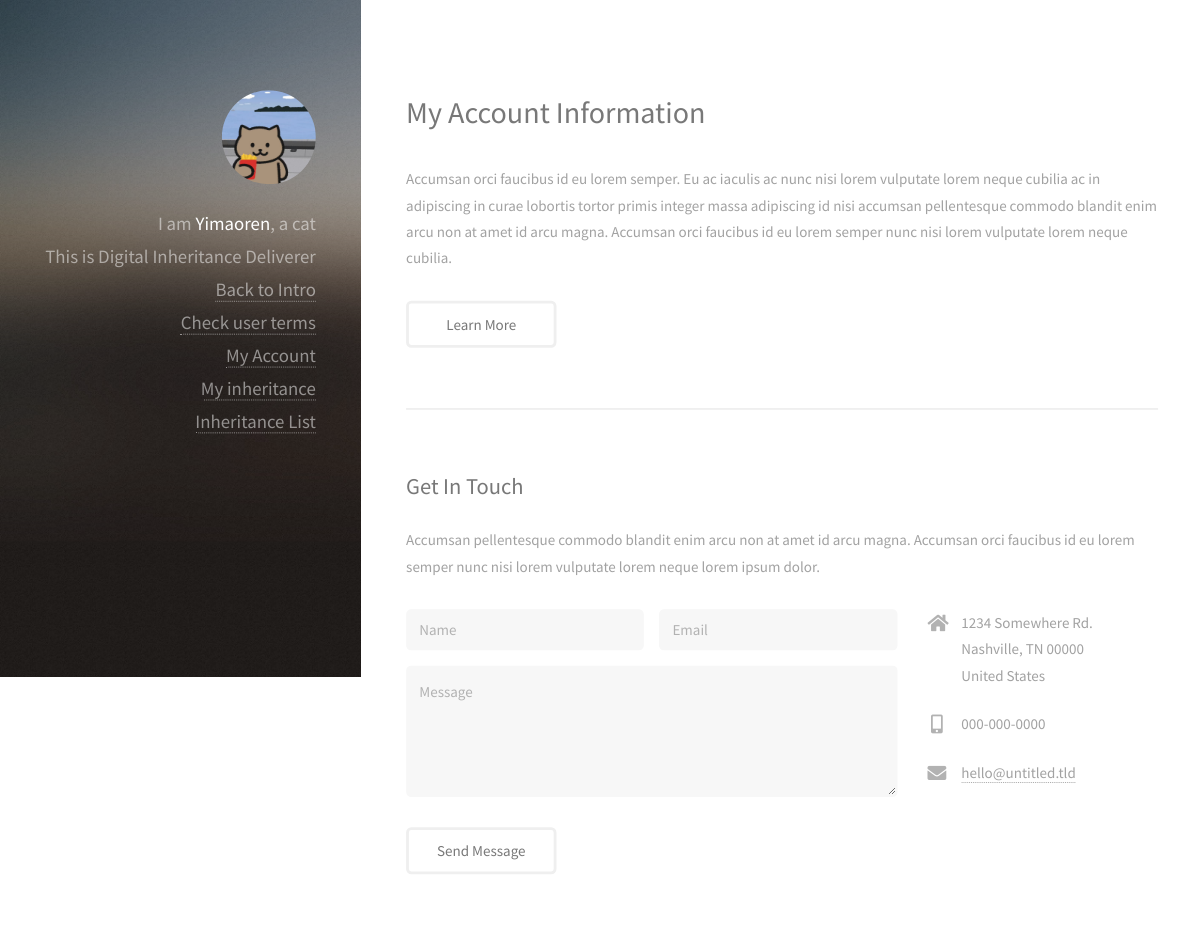
Repository: 1mocat/DID-blockchain-project
Page: Digital_I_D/app/src/myaccount.html
These files come from the project's save history. The page is drawn as it stood at one moment and after the next save; the edit follows.
The browser window is 1280 px wide. The pictures show the whole page, at 94% of full size.

Above is the page before, as saved 2023-10-01 23:14:14.

### Digital_I_D/app/src/myaccount.html
<!DOCTYPE HTML>
<html>
	<head>
		<title>Strata by HTML5 UP</title>
		<meta charset="utf-8" />
		<meta name="viewport" content="width=device-width, initial-scale=1, user-scalable=no" />
		<link rel="stylesheet" href="assets_account/css/main.css" />
	</head>
	<body class="is-preload">

		<!-- Header -->

		<header id="header">
			<div class="inner">
				<a href="#" class="image avatar"><img src="images/yimaoren.jpg" alt="" /></a>
				<h1>I am <strong>Yimaoren</strong>, a cat<br /></h1>
				<h1>This is Digital Inheritance Deliverer</h1>
				<h1><a href="index.html">Back to Intro</a></h1>
				<h1><a href="UserAgreement.html">Check user terms</a></h1>
				<h1><a href="NFTList.html">My Account</a></h1>
				<h1><a href="NFTList.html">My inheritance</a></h1>
				<h1><a href="AuctionList.html">Inheritance List</a></h1>


			</div>
		</header>

		<!-- Main -->
			<div id="main">

				<!-- One -->
					<section id="one">
						<header class="major">
							<h2>My Account Information<br /></h2>
						</header>
						<p>Accumsan orci faucibus id eu lorem semper. Eu ac iaculis ac nunc nisi lorem vulputate lorem neque cubilia ac in adipiscing in curae lobortis tortor primis integer massa adipiscing id nisi accumsan pellentesque commodo blandit enim arcu non at amet id arcu magna. Accumsan orci faucibus id eu lorem semper nunc nisi lorem vulputate lorem neque cubilia.</p>
						<ul class="actions">
							<li><a href="#" class="button">Learn More</a></li>
						</ul>
					</section>

				<!-- Three -->
					<section id="three">
						<h2>Get In Touch</h2>
						<p>Accumsan pellentesque commodo blandit enim arcu non at amet id arcu magna. Accumsan orci faucibus id eu lorem semper nunc nisi lorem vulputate lorem neque lorem ipsum dolor.</p>
						<div class="row">
							<div class="col-8 col-12-small">
								<form method="post" action="#">
									<div class="row gtr-uniform gtr-50">
										<div class="col-6 col-12-xsmall"><input type="text" name="name" id="name" placeholder="Name" /></div>
										<div class="col-6 col-12-xsmall"><input type="email" name="email" id="email" placeholder="Email" /></div>
										<div class="col-12"><textarea name="message" id="message" placeholder="Message" rows="4"></textarea></div>
									</div>
								</form>
								<ul class="actions">
									<li><input type="submit" value="Send Message" /></li>
								</ul>
							</div>
							<div class="col-4 col-12-small">
								<ul class="labeled-icons">
									<li>
										<h3 class="icon solid fa-home"><span class="label">Address</span></h3>
										1234 Somewhere Rd.<br />
										Nashville, TN 00000<br />
										United States
									</li>
									<li>
										<h3 class="icon solid fa-mobile-alt"><span class="label">Phone</span></h3>
										000-000-0000
									</li>
									<li>
										<h3 class="icon solid fa-envelope"><span class="label">Email</span></h3>
										<a href="#">hello@untitled.tld</a>
									</li>
								</ul>
							</div>
						</div>
					</section>



			</div>



		<!-- Scripts -->
			<script src="assets_account/js/jquery.min.js"></script>
			<script src="assets_account/js/jquery.poptrox.min.js"></script>
			<script src="assets_account/js/browser.min.js"></script>
			<script src="assets_account/js/breakpoints.min.js"></script>
			<script src="assets_account/js/util.js"></script>
			<script src="assets_account/js/main.js"></script>

	</body>
</html>

Loaded but not shown: Digital_I_D/app/src/assets_account/js/jquery.min.js (library); Digital_I_D/app/src/assets_account/css/fontawesome-all.min.css (library); Digital_I_D/app/src/assets_account/js/jquery.poptrox.min.js (library); Digital_I_D/app/src/assets_account/js/browser.min.js (common file); Digital_I_D/app/src/assets_account/js/breakpoints.min.js (common file); Digital_I_D/app/src/assets_account/js/util.js (587 lines, source omitted); Digital_I_D/app/src/assets_account/js/main.js (117 lines, source omitted); Digital_I_D/app/src/assets_account/css/main.css (3221 lines, source omitted)

After the next save:
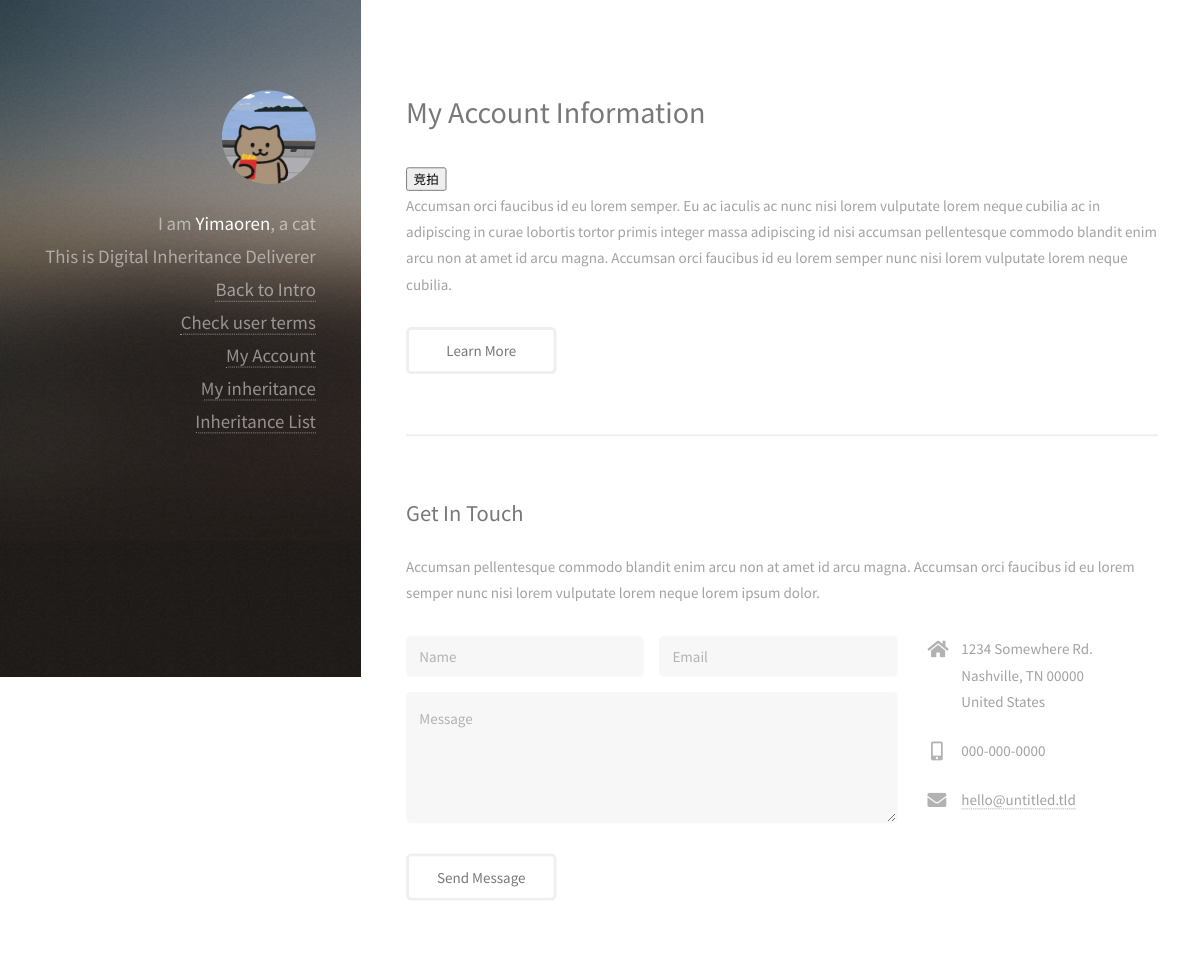
Saved 29 s later.
--- a/Digital_I_D/app/src/myaccount.html
+++ b/Digital_I_D/app/src/myaccount.html
@@ -33,6 +33,7 @@
 						<header class="major">
 							<h2>My Account Information<br /></h2>
 						</header>
+						<button onclick="App.bidAuction()" class="btn btn-default">竞拍</button>
 						<p>Accumsan orci faucibus id eu lorem semper. Eu ac iaculis ac nunc nisi lorem vulputate lorem neque cubilia ac in adipiscing in curae lobortis tortor primis integer massa adipiscing id nisi accumsan pellentesque commodo blandit enim arcu non at amet id arcu magna. Accumsan orci faucibus id eu lorem semper nunc nisi lorem vulputate lorem neque cubilia.</p>
 						<ul class="actions">
 							<li><a href="#" class="button">Learn More</a></li>

After the save that followed:
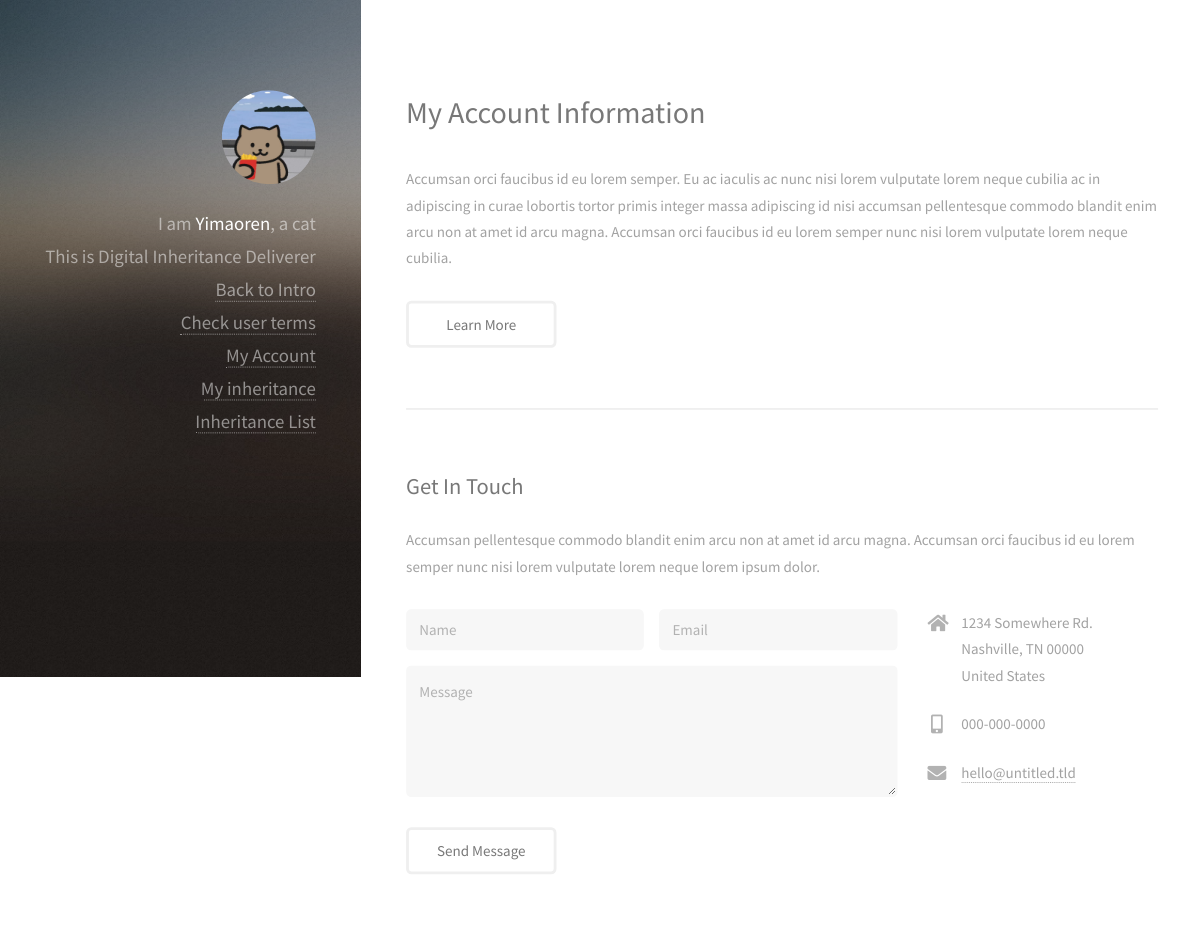
Saved 4 s later.
--- a/Digital_I_D/app/src/myaccount.html
+++ b/Digital_I_D/app/src/myaccount.html
@@ -33,7 +33,7 @@
 						<header class="major">
 							<h2>My Account Information<br /></h2>
 						</header>
-						<button onclick="App.bidAuction()" class="btn btn-default">竞拍</button>
+
 						<p>Accumsan orci faucibus id eu lorem semper. Eu ac iaculis ac nunc nisi lorem vulputate lorem neque cubilia ac in adipiscing in curae lobortis tortor primis integer massa adipiscing id nisi accumsan pellentesque commodo blandit enim arcu non at amet id arcu magna. Accumsan orci faucibus id eu lorem semper nunc nisi lorem vulputate lorem neque cubilia.</p>
 						<ul class="actions">
 							<li><a href="#" class="button">Learn More</a></li>
